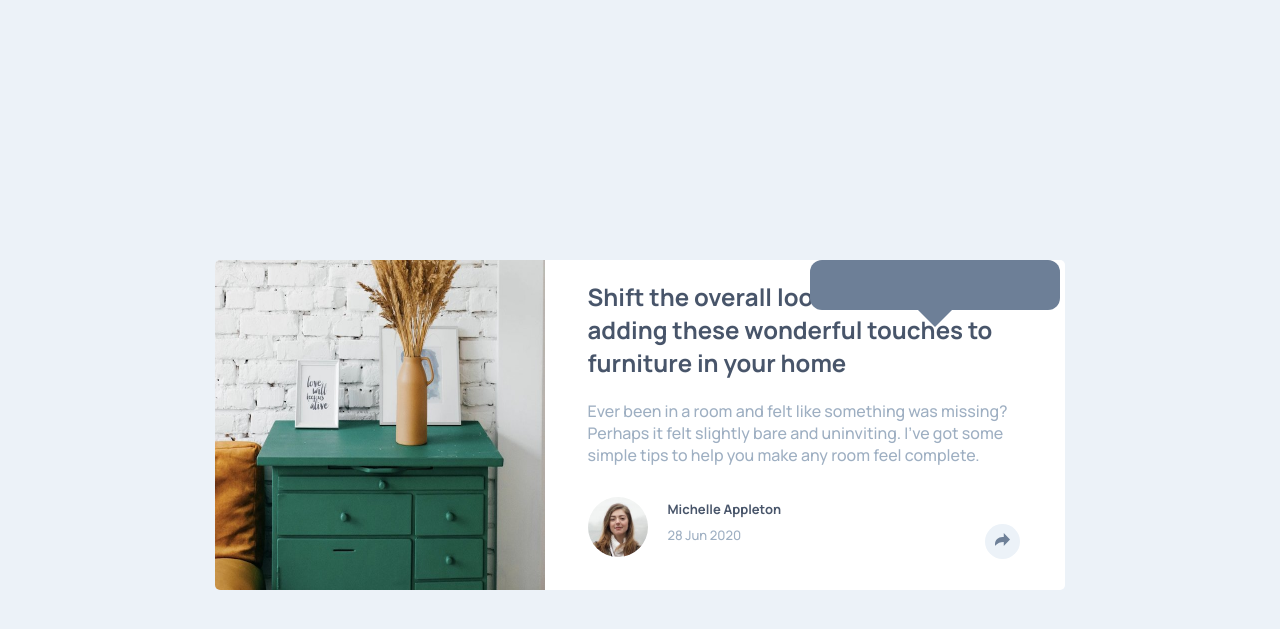
Repository: ricky603/training-css
Page: article-preview-component-master/index.html
The author's editor kept a copy of each file at every save. The page is drawn from the files as they stood at one save, then again after the next save.
The browser window is 1280 px wide. The pictures show the whole page.

Above is the page before, as saved 2020-09-09 10:05:44.

After the next save:
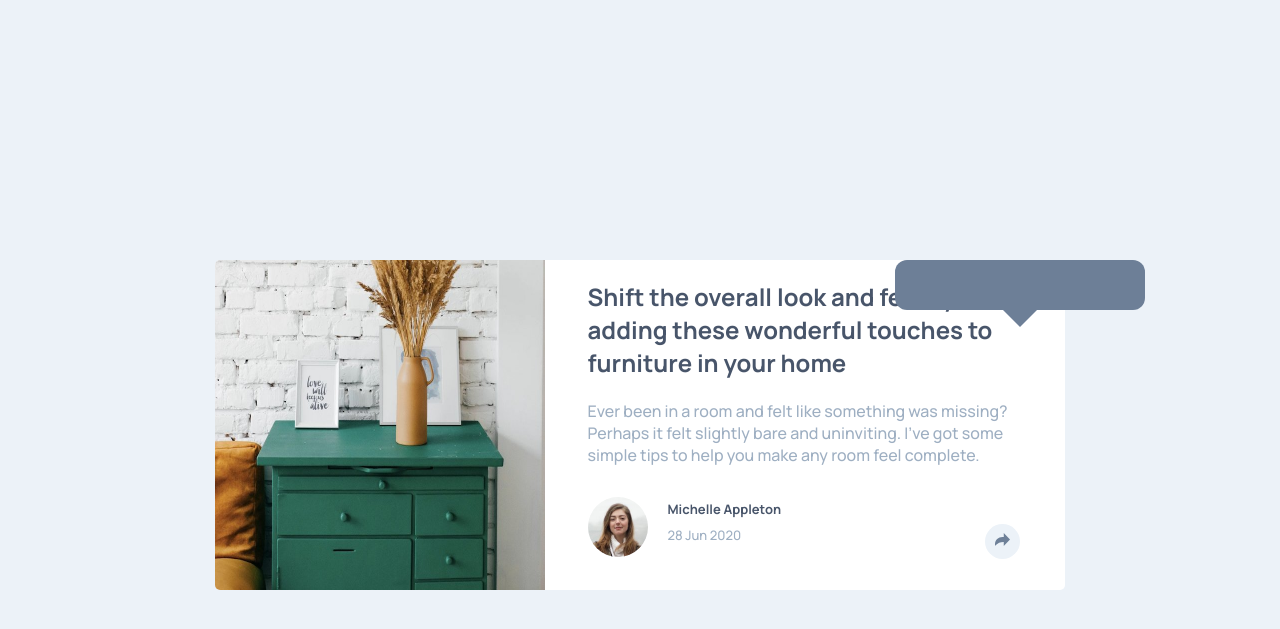
Saved 5 s later.
--- a/article-preview-component-master/styles.css
+++ b/article-preview-component-master/styles.css
@@ -116,7 +116,7 @@ h2 {
     width: 250px;
     height: 50px;
     border-radius: 12px;
-    left: 70%;
+    left: 80%;
 }
 
 .speech-bubble:after {
